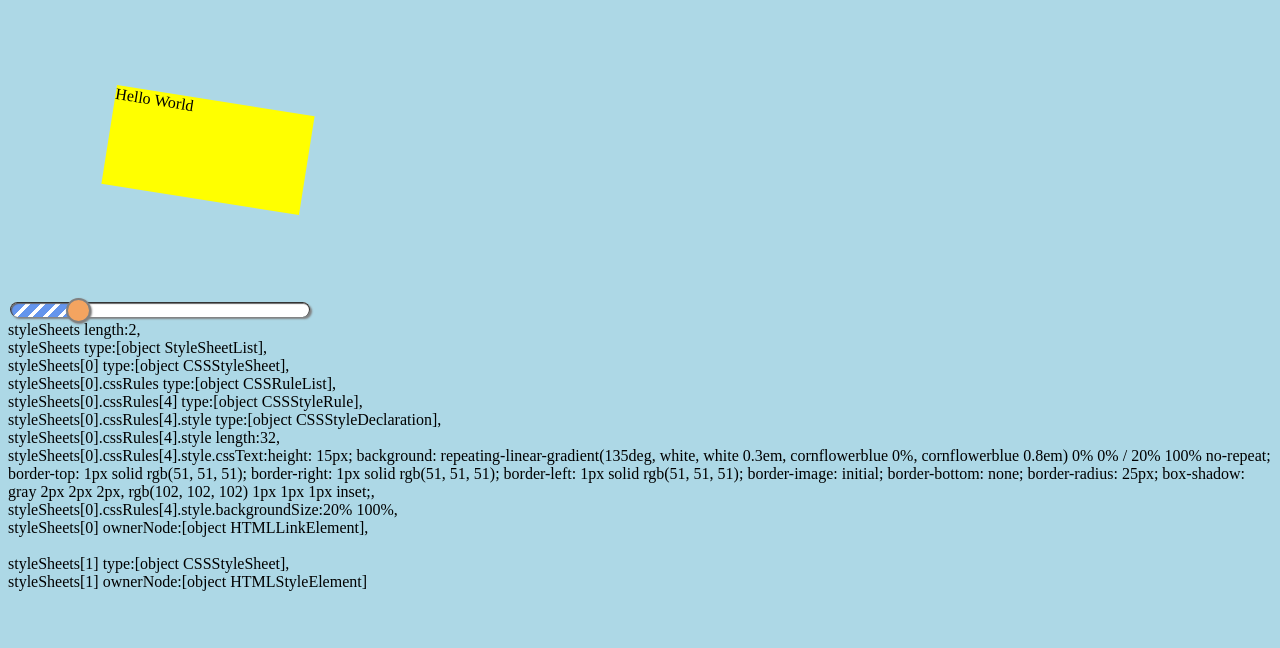
Repository: Jhin7782/HBuilder-Projects
Page: 【CSS】/动画/2d/transform/get-styleSheet.cssRules[i].style.html
These files come from the project's save history. The page is drawn as it stood at one moment and after the next save; the edit follows.
The browser window is 1280 px wide. The pictures show the whole page.

Above is the page before, as saved 2017-06-13 16:41:24.

After the next save:
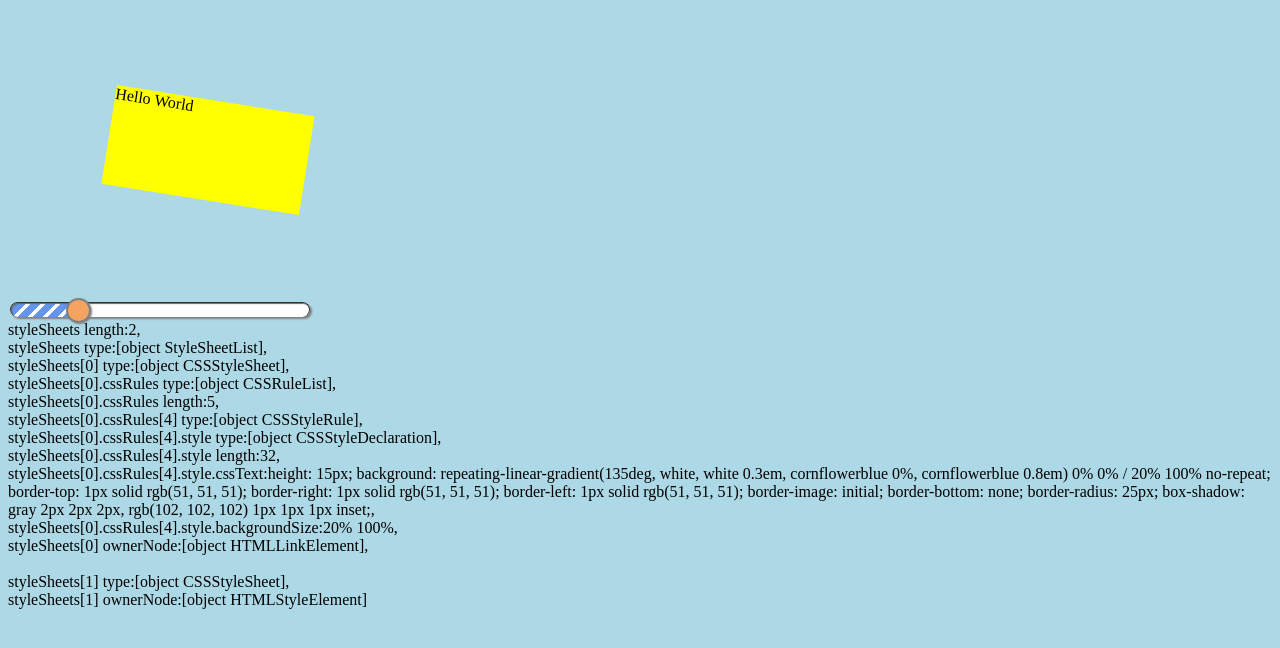
Saved 3 min 42 s later.
--- a/【CSS】/动画/2d/transform/get-styleSheet.cssRules[i].style.html
+++ b/【CSS】/动画/2d/transform/get-styleSheet.cssRules[i].style.html
@@ -41,6 +41,7 @@
 				",<br />styleSheets type:" + styleSheets +
 				",<br />styleSheets[0] type:" + styleSheet0 +
 				",<br />styleSheets[0].cssRules type:" + styleSheet0.cssRules +
+				",<br />styleSheets[0].cssRules length:" + styleSheet0.cssRules.length +
 				",<br />styleSheets[0].cssRules[4] type:" + styleSheet0.cssRules[4] +
 				",<br />styleSheets[0].cssRules[4].style type:" + styleSheet0.cssRules[4].style +
 				",<br />styleSheets[0].cssRules[4].style length:" + styleSheet0.cssRules[4].style.length +
